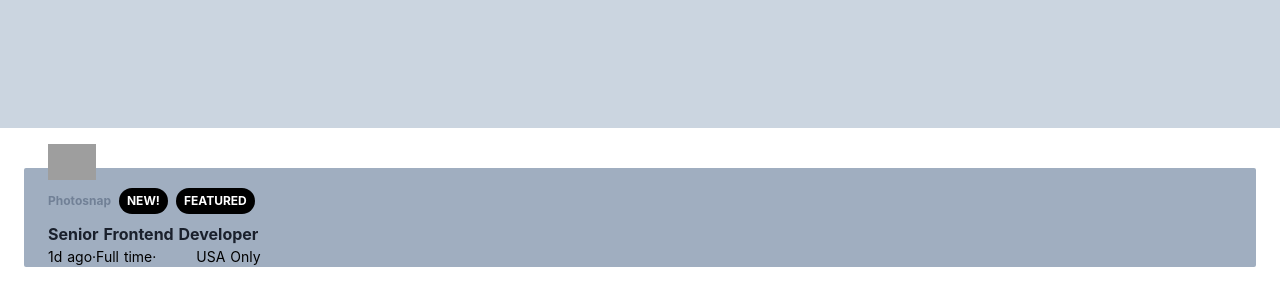
Repository: asongdon/frontendmentor-joblisting
Page: /
The author's editor kept a copy of each file at every save. The page is drawn from the files as they stood at one save, then again after the next save.
The browser window is 1280 px wide. The pictures show the whole page.
Pictures or frames that could not be fetched are drawn as grey boxes. The project was rebuilt for these pictures with package versions that can differ from the ones it lists, and the page was loaded fresh each time. The framework's server and built-in components were replaced by stand-ins that run in the browser. Also part of the build but not shown: nuxt.config.js.

Above is the page before, as saved 2020-04-12 18:50:41.

After the next save:
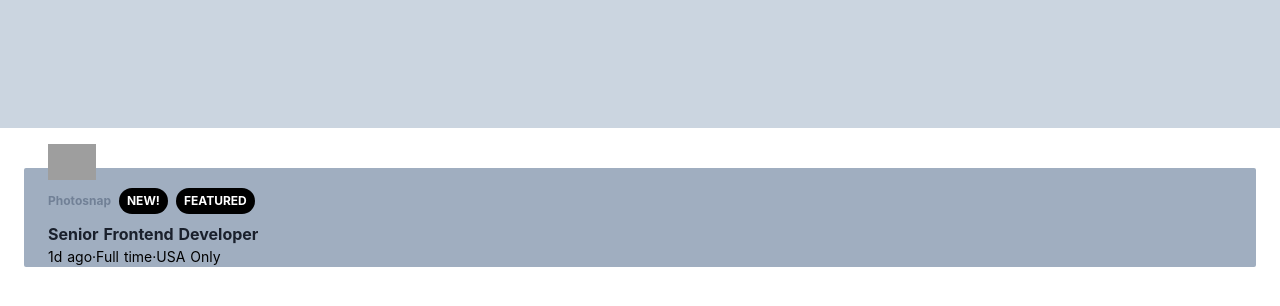
Saved 15 s later.
--- a/components/Maincard.vue
+++ b/components/Maincard.vue
@@ -26,7 +26,7 @@
       <div>·</div>
       <div>Full time</div>
       <div>·</div>
-      <dir>USA Only</dir>
+      <div>USA Only</div>
     </div>
 
   </div>
